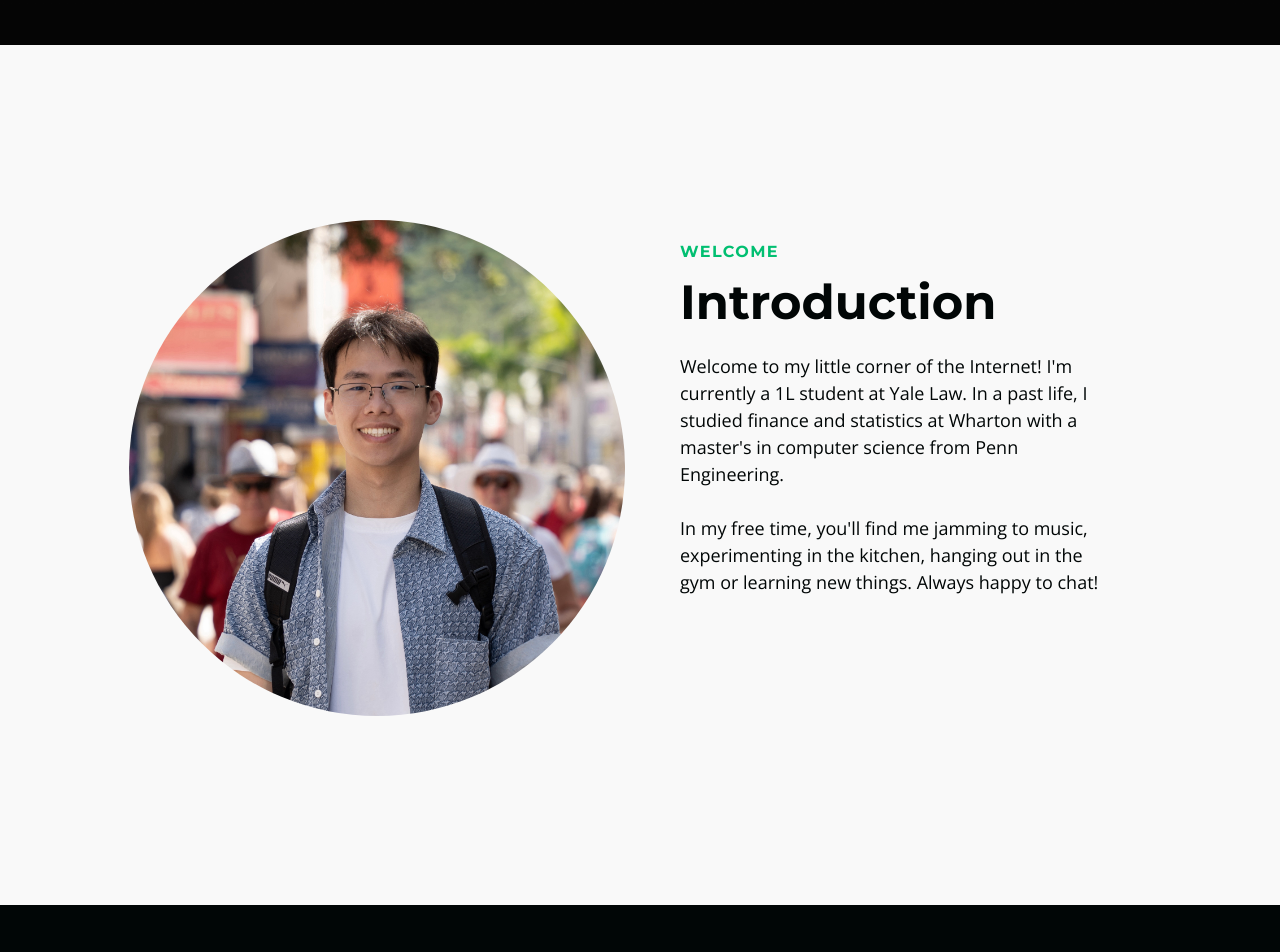
Repository: icer6683/Website
Page: /
The author's editor kept a copy of each file at every save. The page is drawn from the files as they stood at one save, then again after the next save.
The browser window is 1280 px wide. The pictures show the part of the page from y = 835 to 1787 px (the page is 5393 px tall).
The project was rebuilt for these pictures with package versions that can differ from the ones it lists, and the page was loaded fresh each time. Also part of the build but not shown: src/Components/ContactMe/ContactMeElements.js, src/Components/ContactMe/index.js, src/Pages/contactme.js. Imported but missing from the stored project, and not drawn on this page: src/Video/video.mp4.

Above is the page before, as saved 2025-01-24 23:51:50.

After the next save:
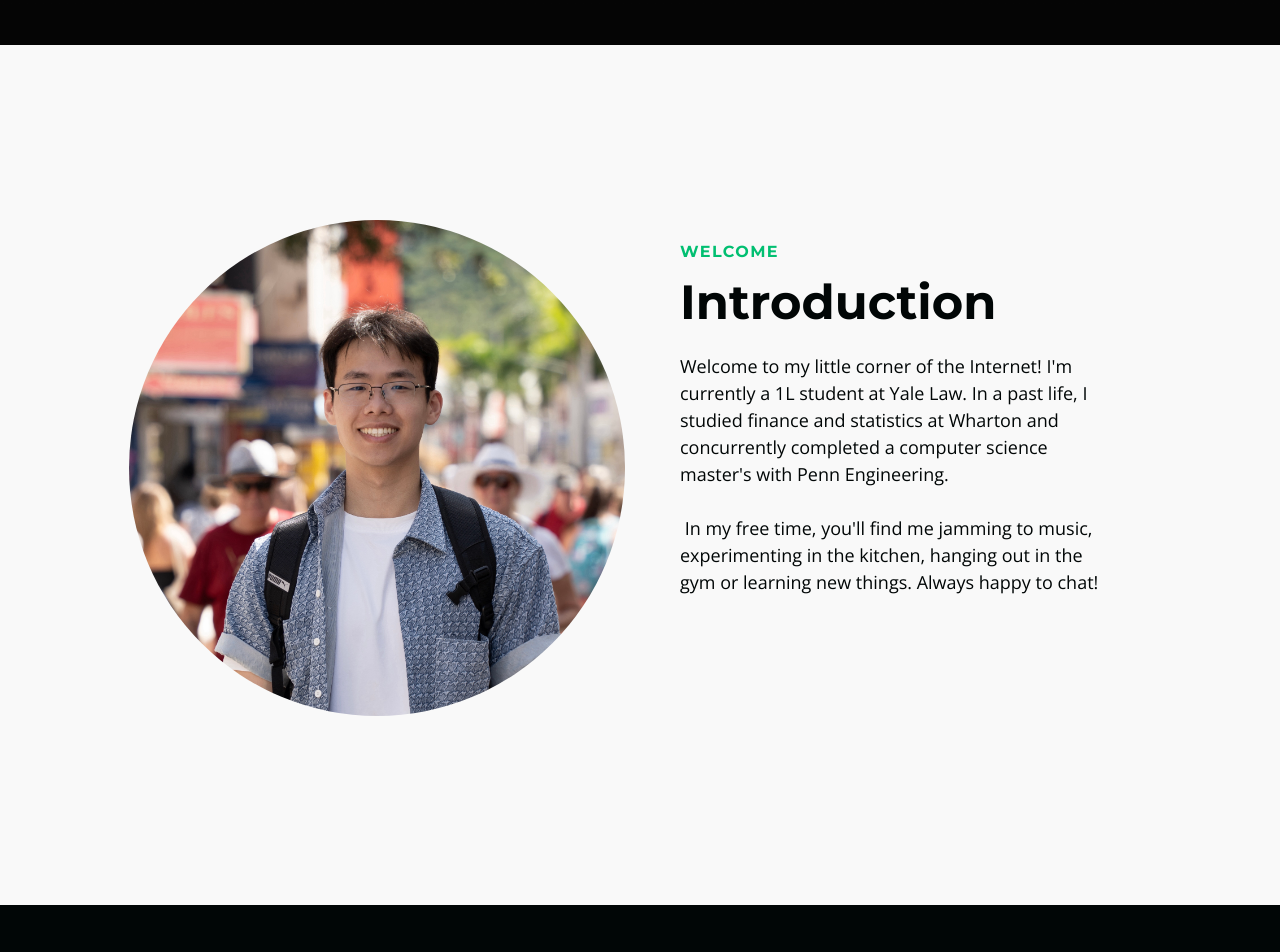
Saved 6 min 17 s later.
--- a/src/Components/Sections/Data.js
+++ b/src/Components/Sections/Data.js
@@ -8,7 +8,7 @@ export const homeObjOne = {
     lightTextDesc: false,
     topLine: 'Welcome',
     headline: "Introduction",
-    description: "Welcome to my little corner of the Internet! I'm currently a 1L student at Yale Law. In a past life, I studied finance and statistics at Wharton with a master's in computer science from Penn Engineering. \n\nIn my free time, you'll find me jamming to music, experimenting in the kitchen, hanging out in the gym or learning new things. Always happy to chat!",
+    description: "Welcome to my little corner of the Internet! I'm currently a 1L student at Yale Law. In a past life, I studied finance and statistics at Wharton and concurrently completed a computer science master's with Penn Engineering. \n\n In my free time, you'll find me jamming to music, experimenting in the kitchen, hanging out in the gym or learning new things. Always happy to chat!",
     shape: false,
     imgStart: true,
     img: face,
